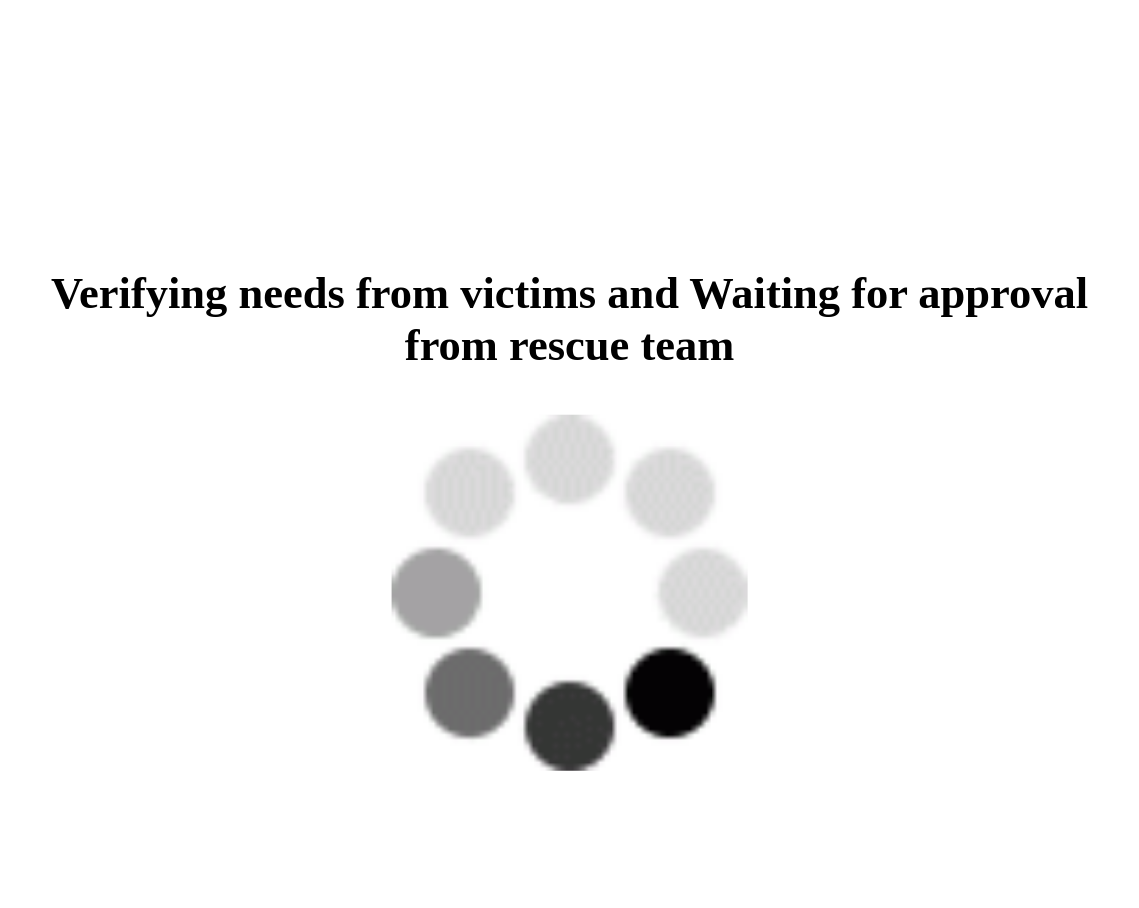
Repository: KittichoteKamalapirat/EMS-management-system
Page: loading.html
The author's editor kept a record of every edit. The page is drawn from the files as they stood at one moment, then again after the next edit.
The browser window is 1280 px wide. The pictures show the whole page, at 89% of full size.

Above is the page before.

After the next edit:
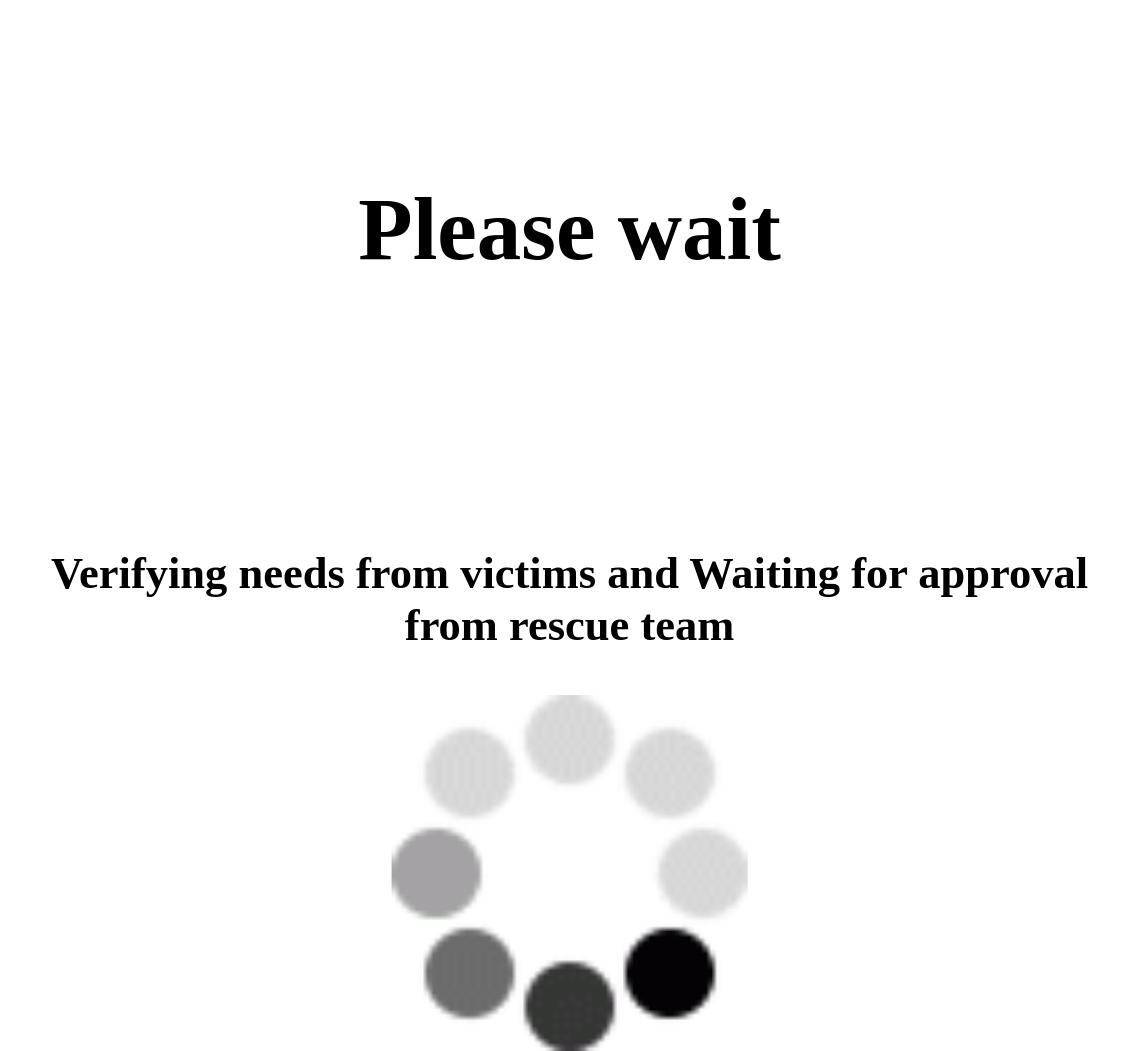
The edit:
--- a/loading.html
+++ b/loading.html
@@ -4,6 +4,9 @@
 
 
 <div class="container">
+
+    <h1 class = "wait">Please wait</h1>
+
 <h3 class = "loading">Verifying needs from victims and Waiting for approval from rescue team</h3>
 <a href="/approve">
     <img id="loading" src="/images/loading.gif"></img>
